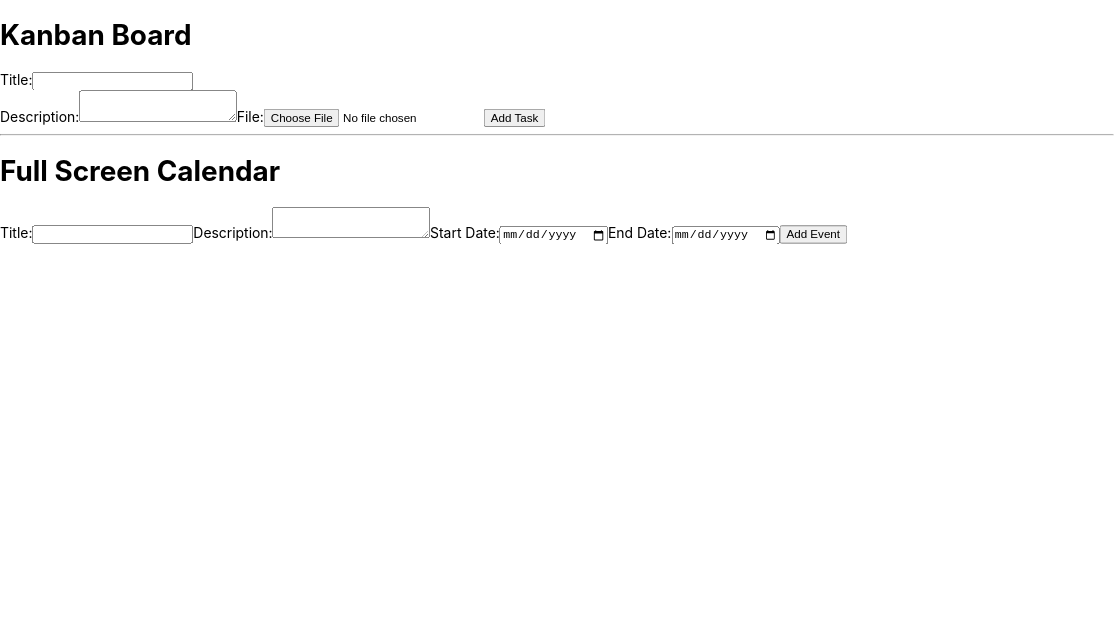
Repository: iDev07/test-app-bank
Page: / (app in test-bank-app/)
The author's editor kept a copy of each file at every save. The page is drawn from the files as they stood at one save, then again after the next save.
The browser window is 1280 px wide. The pictures show the whole page, at 87% of full size.
The project was rebuilt for these pictures with package versions that can differ from the ones it lists, and the page was loaded fresh each time. Requests to the local data server were answered from the project's data file. Also part of the build but not shown: test-bank-app/src/App.css.

Above is the page before, as saved 2023-04-15 20:53:47.

### test-bank-app/src/App.js
import React, { useState, useEffect } from "react";
import axios from "axios";
import "./App.css";
const KanbanBoard = () => {
  const [tasks, setTasks] = useState([]);
  const [newTask, setNewTask] = useState({
    title: "",
    description: "",
    file: "",
  });

  const fetchTasks = async () => {
    try {
      const response = await axios.get("http://localhost:3000/tasks");
      setTasks(response.data);
    } catch (error) {
      console.error(error);
    }
  };

  useEffect(() => {
    fetchTasks();
  }, []);

  const createTask = async (newTask) => {
    try {
      const response = await axios.post("http://localhost:3000/tasks", newTask);
      console.log(response.data);
      // add the new task to the state
      setTasks([...tasks, response.data]);
    } catch (error) {
      console.error(error);
    }
  };

  const deleteTask = async (taskId) => {
    try {
      await axios.delete(`http://localhost:3000/tasks/${taskId}`);
      // remove the task from the state
      setTasks(tasks.filter((task) => task.id !== taskId));
    } catch (error) {
      console.error(error);
    }
  };

  const handleSubmit = (event) => {
    event.preventDefault();
    createTask(newTask);
    // reset the form
    setNewTask({ title: "", description: "", file: "" });
  };

  return (
    <div className="kanban-board">
      <form onSubmit={handleSubmit}>
        <div className="title">
          <label>
            Title:
            <input
              type="text"
              value={newTask.title}
              onChange={(event) =>
                setNewTask({ ...newTask, title: event.target.value })
              }
              required
            />
          </label>
        </div>
        <label>
          Description:
          <textarea
            value={newTask.description}
            onChange={(event) =>
              setNewTask({ ...newTask, description: event.target.value })
            }
            required
          />
        </label>
        <label>
          File:
          <input
            type="file"
            onChange={(event) =>
              setNewTask({
                ...newTask,
                file: URL.createObjectURL(event.target.files[0]),
              })
            }
          />
        </label>
        <button type="submit">Add Task</button>
      </form>
      {tasks.map((task) => (
        <div key={task.id}>
          <h2>{task.title}</h2>
          <p>{task.description}</p>
          {task.file && <img src={task.file} alt={task.title} />}
          <button onClick={() => deleteTask(task.id)}>Delete</button>
        </div>
      ))}
    </div>
  );
};

const FullScreenCalendar = () => {
  const [events, setEvents] = useState([]);
  const [newEvent, setNewEvent] = useState({
    title: "",
    description: "",
    start: "",
    end: "",
  });

  const fetchEvents = async () => {
    try {
      const response = await axios.get("http://localhost:3000/events");
      setEvents(response.data);
    } catch (error) {
      console.error(error);
    }
  };

  useEffect(() => {
    fetchEvents();
  }, []);

  const createEvent = async (newEvent) => {
    try {
      const response = await axios.post(
        "http://localhost:3000/events",
        newEvent
      );
      console.log(response.data);
      // add the // new event to the state
      setEvents([...events, response.data]);
    } catch (error) {
      console.error(error);
    }
  };

  const deleteEvent = async (eventId) => {
    try {
      // eslint-disable-next-line no-template-curly-in-string
      await axios.delete(`http://localhost:3000/events/${eventId}`);

      // remove the event from the state
      setEvents(events.filter((event) => event.id !== eventId));
    } catch (error) {
      console.error(error);
    }
  };

  const handleSubmit = (event) => {
    event.preventDefault();
    createEvent(newEvent);
    // reset the form
    setNewEvent({ title: "", description: "", start: "", end: "" });
  };

  return (
    <div>
      <form onSubmit={handleSubmit}>
        <label>
          Title:
          <input
            type="text"
            value={newEvent.title}
            onChange={(event) =>
              setNewEvent({ ...newEvent, title: event.target.value })
            }
            required
          />
        </label>
        <label>
          Description:
          <textarea
            value={newEvent.description}
            onChange={(event) =>
              setNewEvent({ ...newEvent, description: event.target.value })
            }
            required
          />
        </label>
        <label>
          Start Date:
          <input
            type="date"
            value={newEvent.start}
            onChange={(event) =>
              setNewEvent({ ...newEvent, start: event.target.value })
            }
            required
          />
        </label>
        <label>
          End Date:
          <input
            type="date"
            value={newEvent.end}
            onChange={(event) =>
              setNewEvent({ ...newEvent, end: event.target.value })
            }
            required
          />
        </label>
        <button type="submit">Add Event</button>
      </form>
      {events.map((event) => (
        <div key={event.id}>
          <h2>{event.title}</h2>
          <p>{event.description}</p>
          <p>
            Start: {event.start} - End: {event.end}
          </p>
          <button onClick={() => deleteEvent(event.id)}>Delete</button>
        </div>
      ))}
    </div>
  );
};

const App = () => {
  return (
    <div>
      <h1>Kanban Board</h1>
      <KanbanBoard />
      <hr />
      <h1>Full Screen Calendar</h1>
      <FullScreenCalendar />
    </div>
  );
};

export default App;

### test-bank-app/db.json
{
  "tasks": [],
  "events": []
}

Loaded but not shown: test-bank-app/public/index.html (common file); test-bank-app/src/index.js (common file); test-bank-app/src/index.css (common file); test-bank-app/src/reportWebVitals.js (common file)

After the next save:
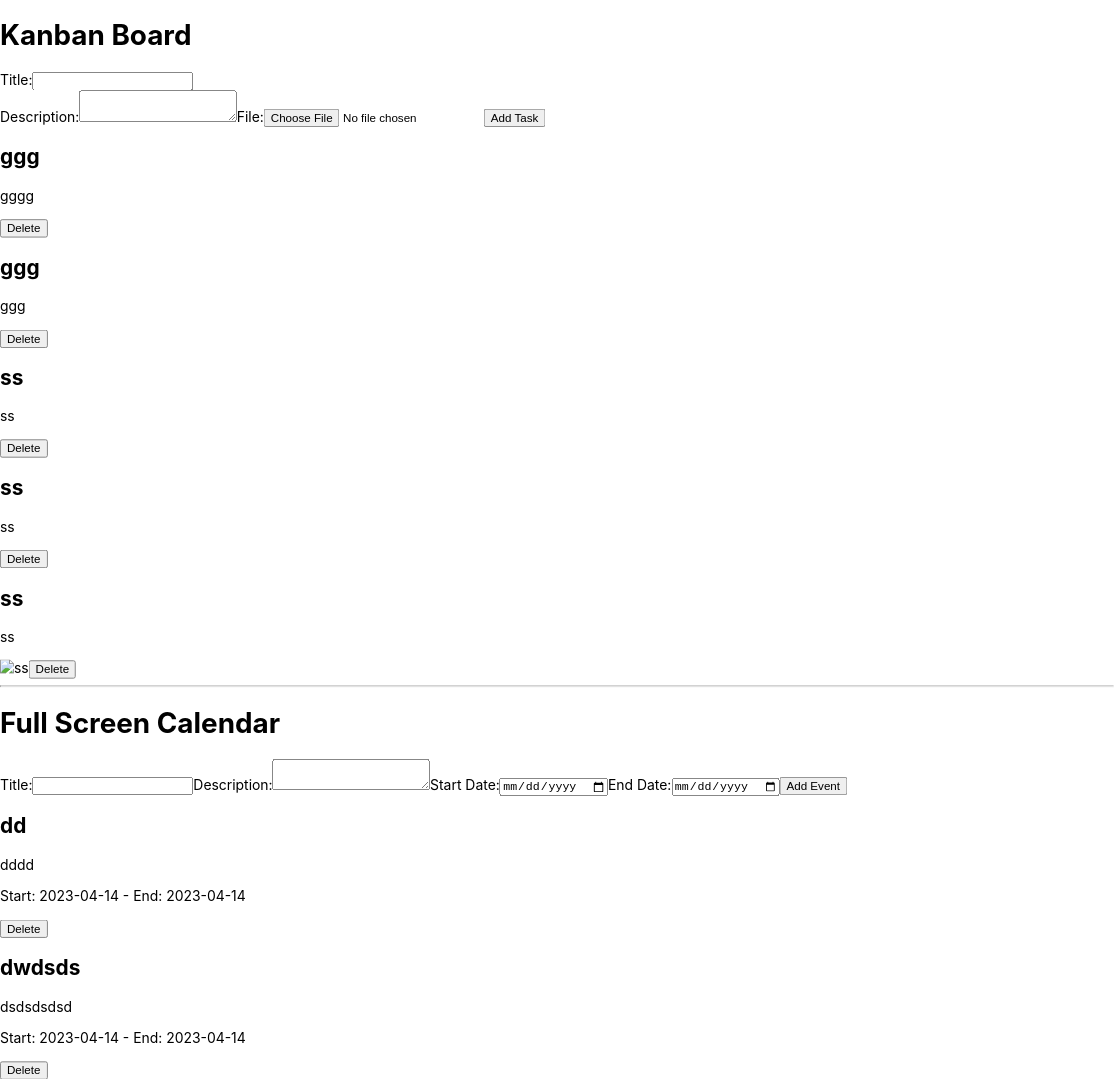
Saved 32 s later.
--- a/test-bank-app/db.json
+++ b/test-bank-app/db.json
@@ -1,4 +1,50 @@
 {
-  "tasks": [],
-  "events": []
+  "tasks": [
+    {
+      "title": "ggg",
+      "description": "gggg",
+      "file": "",
+      "id": 1
+    },
+    {
+      "title": "ggg",
+      "description": "ggg",
+      "file": "",
+      "id": 2
+    },
+    {
+      "title": "ss",
+      "description": "ss",
+      "file": "",
+      "id": 3
+    },
+    {
+      "title": "ss",
+      "description": "ss",
+      "file": "",
+      "id": 4
+    },
+    {
+      "title": "ss",
+      "description": "ss",
+      "file": "blob:http://localhost:3000/2a497d7a-9f16-4961-94b0-ced8a9e4b6ba",
+      "id": 5
+    }
+  ],
+  "events": [
+    {
+      "title": "dd",
+      "description": "dddd",
+      "start": "2023-04-14",
+      "end": "2023-04-14",
+      "id": 1
+    },
+    {
+      "title": "dwdsds",
+      "description": "dsdsdsdsd",
+      "start": "2023-04-14",
+      "end": "2023-04-14",
+      "id": 2
+    }
+  ]
 }

After the save that followed:
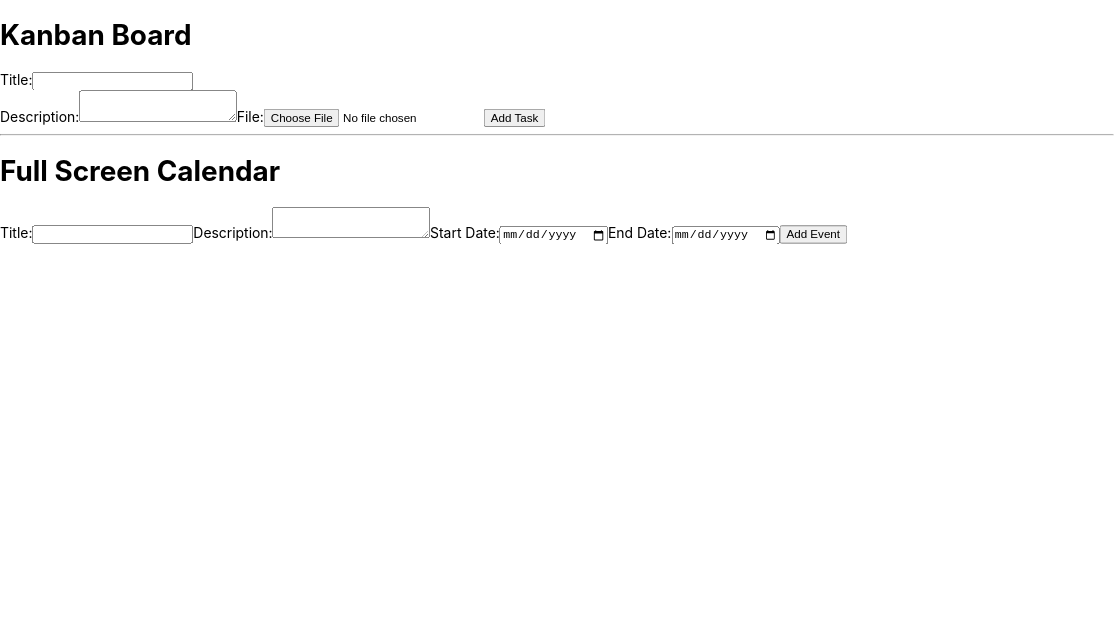
Saved 3 min 37 s later.
--- a/test-bank-app/db.json
+++ b/test-bank-app/db.json
@@ -1,50 +1,4 @@
 {
-  "tasks": [
-    {
-      "title": "ggg",
-      "description": "gggg",
-      "file": "",
-      "id": 1
-    },
-    {
-      "title": "ggg",
-      "description": "ggg",
-      "file": "",
-      "id": 2
-    },
-    {
-      "title": "ss",
-      "description": "ss",
-      "file": "",
-      "id": 3
-    },
-    {
-      "title": "ss",
-      "description": "ss",
-      "file": "",
-      "id": 4
-    },
-    {
-      "title": "ss",
-      "description": "ss",
-      "file": "blob:http://localhost:3000/2a497d7a-9f16-4961-94b0-ced8a9e4b6ba",
-      "id": 5
-    }
-  ],
-  "events": [
-    {
-      "title": "dd",
-      "description": "dddd",
-      "start": "2023-04-14",
-      "end": "2023-04-14",
-      "id": 1
-    },
-    {
-      "title": "dwdsds",
-      "description": "dsdsdsdsd",
-      "start": "2023-04-14",
-      "end": "2023-04-14",
-      "id": 2
-    }
-  ]
+  "tasks": [],
+  "events": []
 }
